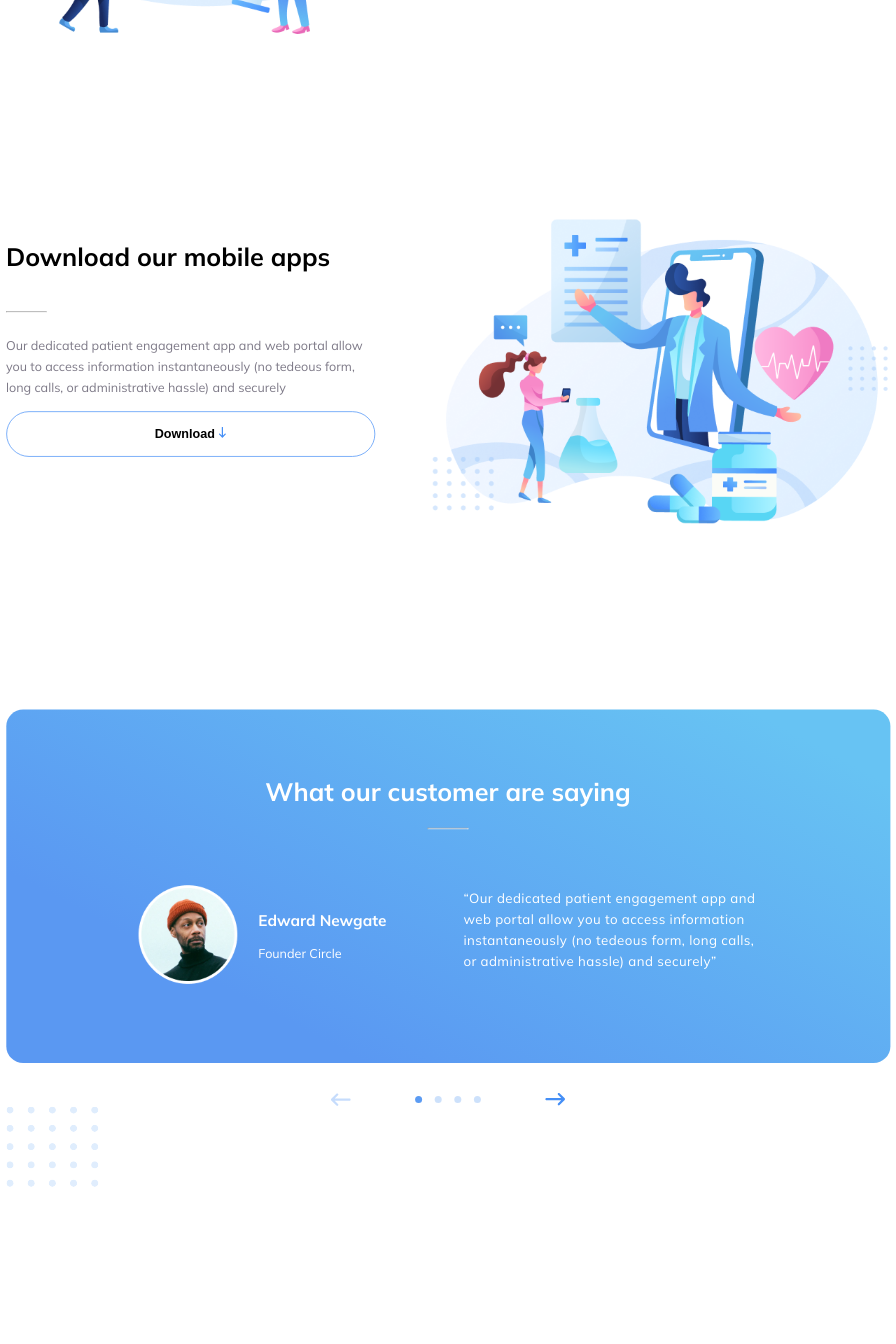
Repository: ivan-developer-01/trafalgar-layout
Page: index.html
These files come from the project's save history. The page is drawn as it stood at one moment and after the next save; the edit follows.
The browser window is 1280 px wide. The pictures show the part of the page from y = 2632 to 4552 px (the page is 4552 px tall), at 70% of full size.

Above is the page before, as saved 2024-11-09 11:21:51.

After the next save:
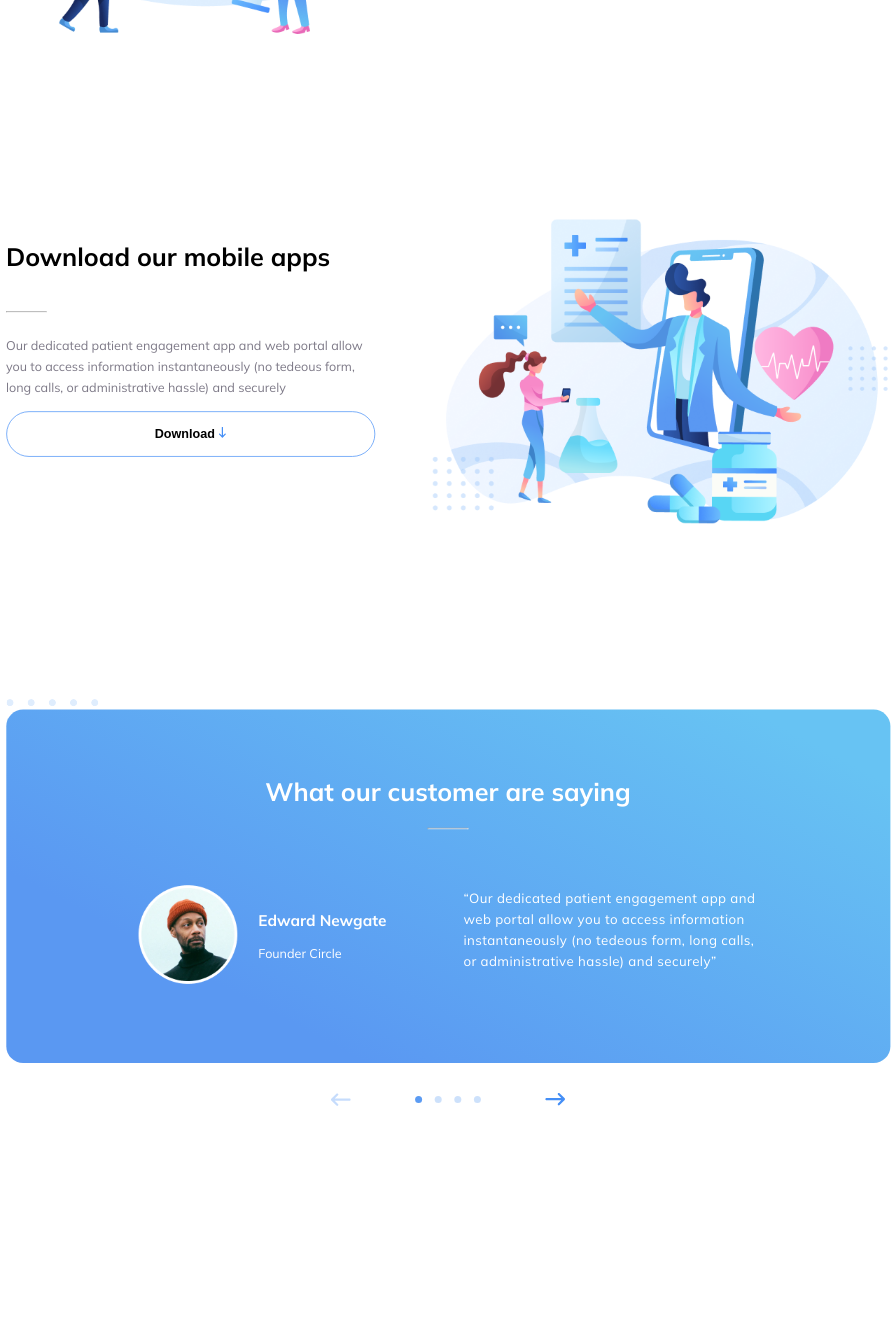
Saved 30 s later.
--- a/style.css
+++ b/style.css
@@ -359,7 +359,7 @@ p {
 }
 
 .reviews .container::after {
-
+	top: -15px;
 }
 
 .reviews .container::before,
